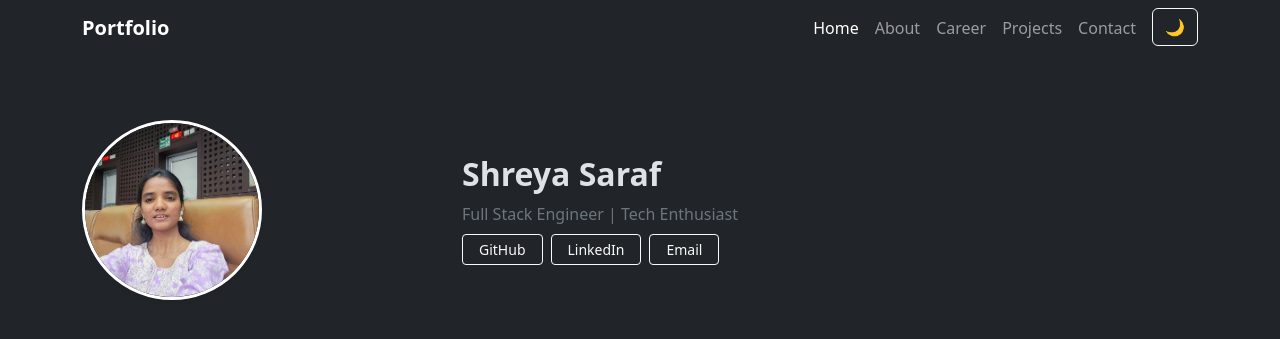
Repository: Shreyasaraf01/shreya-portfolio
Page: http://localhost/
The author's editor kept a copy of each file at every save. The page is drawn from the files as they stood at one save, then again after the next save.
The browser window is 1280 px wide. The pictures show the whole page.
The page is served by the project's application, run on Django 5.2 (manage.py).

Above is the page before, as saved 2025-09-13 22:07:17.

After the next save:
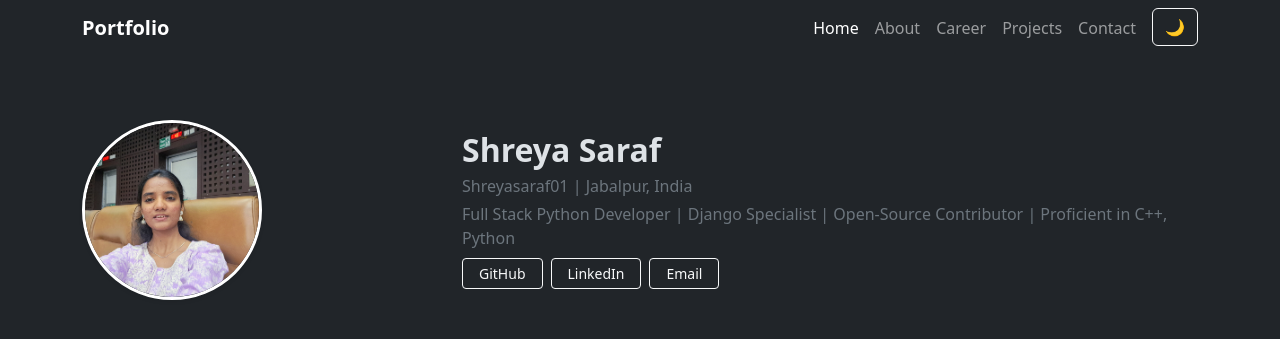
Saved 4 min 24 s later.
--- a/main/templates/main/index.html
+++ b/main/templates/main/index.html
@@ -13,15 +13,23 @@
 
   <!-- Profile Info -->
   <div class="col-md-8">
-    <h1 class="h2 fw-bold">Shreya Saraf</h1>
-    <p class="mb-2 text-secondary">Full Stack Engineer | Tech Enthusiast</p>
+    <h1 class="h2 fw-bold mb-1">Shreya Saraf</h1>
+    <p class="text-secondary mb-1">Shreyasaraf01 | Jabalpur, India</p>
+    <p class="text-secondary mb-2">Full Stack Python Developer | Django Specialist | Open-Source Contributor | Proficient in C++, Python</p>
 
     <!-- Social Buttons -->
     <div class="d-flex gap-2 justify-content-center justify-content-md-start mt-2">
       <a href="https://github.com/Shreyasaraf01" target="_blank" class="btn btn-outline-light btn-sm px-3">GitHub</a>
-      <a href="https://linkedin.com/in/yourusername" target="_blank" class="btn btn-outline-light btn-sm px-3">LinkedIn</a>
-      <a href="mailto:you@example.com" class="btn btn-outline-light btn-sm px-3">Email</a>
+      <a href="https://linkedin.com/in/shreya-saraf-797440257" target="_blank" class="btn btn-outline-light btn-sm px-3">LinkedIn</a>
+      <a href="mailto:shreyasaraf765@gmail.com" class="btn btn-outline-light btn-sm px-3">Email</a>
     </div>
   </div>
 </div>
+
+<!-- Optional: Add hover effect CSS -->
+<style>
+.hover-scale:hover {
+    transform: scale(1.05);
+}
+</style>
 {% endblock %}
